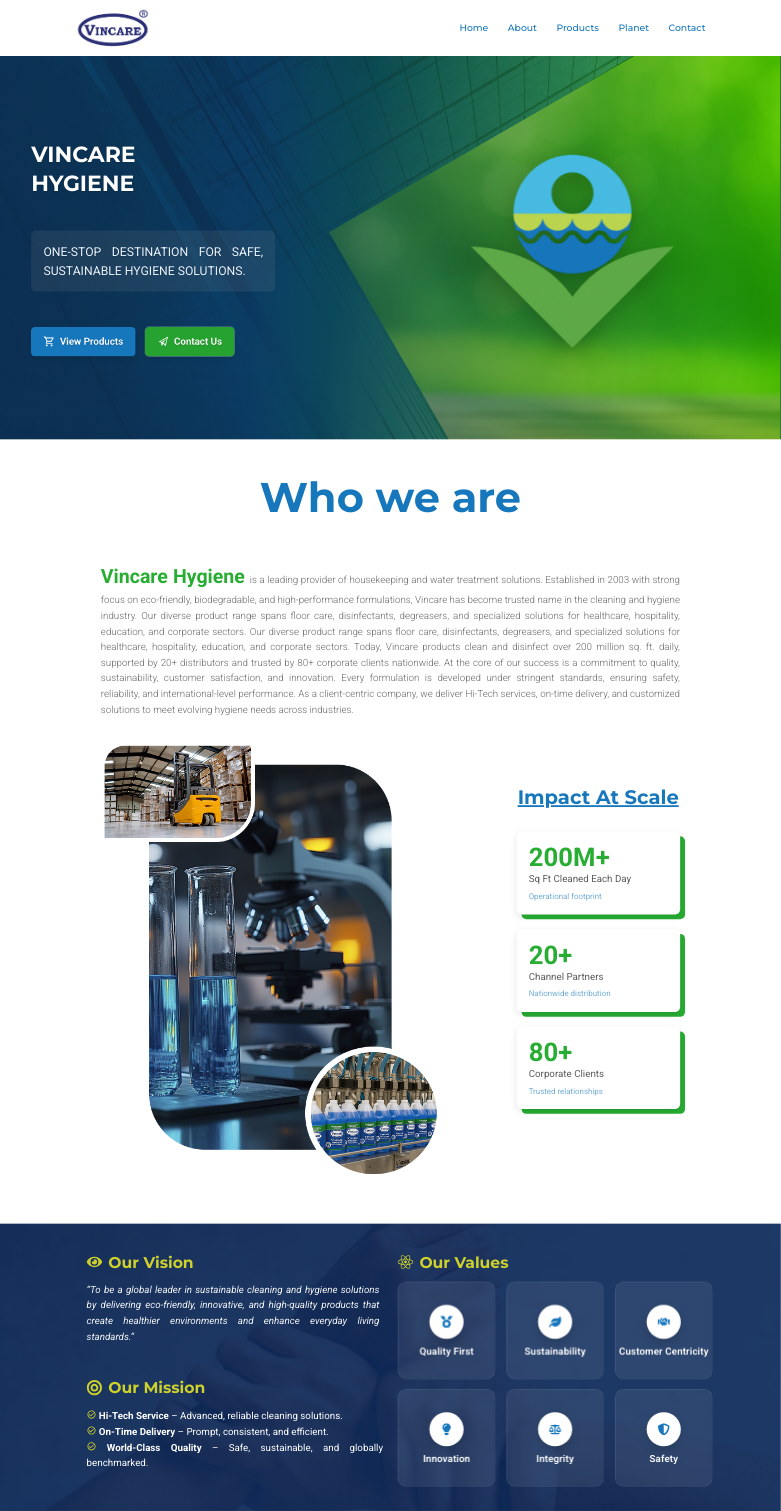
Repository: Yeshwanth-189/vincare
Page: / (app in vincare-frontend/)
These files come from the project's save history. The page is drawn as it stood at one moment and after the next save; the edit follows.
The browser window is 1280 px wide. The pictures show the whole page, at 61% of full size.
The project was rebuilt for these pictures with package versions that can differ from the ones it lists, and the page was loaded fresh each time. Also part of the build but not shown: vincare-frontend/vite.config.js.

Above is the page before, as saved 2025-09-20 19:04:33.

### vincare-frontend/index.html
<!DOCTYPE html>
<html lang="en">
  <head>
    <meta charset="UTF-8" />
    <link rel="preconnect" href="https://fonts.googleapis.com" />
    <link rel="preconnect" href="https://fonts.gstatic.com" crossorigin />
    <link rel="icon" type="image/svg+xml" href="/Vincare-Logo.png" />
    <link
      href="https://fonts.googleapis.com/css2?family=Lato:ital,wght@0,100;0,300;0,400;0,700;0,900;1,100;1,300;1,400;1,700;1,900&family=Montserrat:ital,wght@0,100..900;1,100..900&family=Roboto:ital,wght@0,100..900;1,100..900&display=swap"
      rel="stylesheet"
    />
    <meta name="viewport" content="width=device-width, initial-scale=1.0" />
    <title>Vincare Hygiene</title>
  </head>
  <body>
    <div id="root"></div>
    <script type="module" src="/src/main.jsx"></script>
  </body>
</html>

### vincare-frontend/src/App.jsx
import "./App.css";
import Vincare from "./components/Vincare";
import { BrowserRouter as Router, Routes, Route } from "react-router-dom";

function App() {
  return (
    <>
      <Router>
        <Routes>
          <Route path="/" element={<Vincare />} />
        </Routes>
      </Router>
    </>
  );
}

export default App;

### vincare-frontend/src/App.css
:root {
  /* Brand Colors */
  --color-primary: #1777bc; /* Dark Navy Blue */
  --color-secondary: rgb(39, 173, 50); /* Professional Light Blue */

  /* Backgrounds */
  --color-bg: #ffffff;
  --color-bg-light: #f5f5f5;

  /* Neutral Grays */
  --color-gray-dark: #333333;
  --color-gray-mid: #666666;
  --color-gray-light: #f5f5f5;

  /* Status Colors */
  --color-success: #2e7d32;
  --color-warning: #ed6c02;
  --color-error: #d32f2f;

  /* Typography */
  --font-heading: "Montserrat", serif;
  --font-body: "Roboto", sans-serif;

  /* Font Sizes (scalable for responsive design) */
  --text-h1: 2.5rem;
  --text-h2: 2rem;
  --text-h3: 1.5rem;
  --text-body: 1rem;
  --text-small: 0.875rem;

  /* Spacing (consistent padding/margin system) */
  --space-xs: 4px;
  --space-sm: 8px;
  --space-md: 16px;
  --space-lg: 24px;
  --space-xl: 32px;

  /* Border Radius */
  --radius-sm: 4px;
  --radius-md: 8px;
  --radius-lg: 16px;

  /* Shadows */
  --shadow-sm: 0 1px 2px rgba(0, 0, 0, 0.05);
  --shadow-md: 0 4px 6px rgba(0, 0, 0, 0.1);
  --shadow-lg: 0 10px 15px rgba(0, 0, 0, 0.15);
}

html,
body {
  margin: 0;
  padding: 0;
}
* {
  box-sizing: border-box;
}
/* Base Typography */
body {
  font-family: var(--font-body);
  font-size: var(--text-body);
  color: var(--color-gray-dark);
  background-color: var(--color-bg);
  margin: 0;
  padding: 0;
}

h1,
h2,
h3,
h4,
h5,
h6 {
  font-family: var(--font-heading);
  color: var(--color-primary);
  margin: 0 0 var(--space-md);
}

p {
  margin: 0 0 var(--space-md);
  color: var(--color-gray-mid);
}

### vincare-frontend/src/components/Vincare.jsx
import React from "react";
import NavBar from "../components/Navbar";
import Hero from "../components/Hero";
import About from "../components/About";
// import Services from "../components/Services";
// import Projects from "../components/Projects";
// import Courses from "../components/Courses";
// import Blogs from "../components/Blogs";
// import Contact from "../components/Contact";
// import Footer from "../components/Footer";

function Vincare() {
  return (
    <>
      <NavBar />
      <section id="home">
        <Hero />
      </section>
      <section id="about">
        <About />
      </section>
      {/* <section id="services">
        <Services />
      </section>
      <section id="courses">
        <Courses />
      </section>
      <section id="projects">
        <Projects />
      </section>
      <section id="blogs">
        <Blogs />
      </section>
      <section id="contact">
        <Contact />
      </section>
      <Footer /> */}
    </>
  );
}

export default Vincare;

### vincare-frontend/src/components/Navbar.jsx
import React, { useState } from "react";
import { Link as ScrollLink } from "react-scroll";
import "../styles/Navbar.css";
import VincareLogo from "../assets/Vincare-Logo.png";
import VincareWordLogo from "../assets/Vincare-Word-Logo.png";

function Navbar() {
  const [isOpen, setIsOpen] = useState(false);

  return (
    <nav className="navbar">
      <div className="navbar-grid">
        <div className="col-1" />

        <div className="col-2to11 navbar-content">
          <div className="navbar-logo">
            <img
              alt="logo"
              className="navbar-word-logo-image"
              src={VincareWordLogo}
            />
            <div className="hamburger" onClick={() => setIsOpen(!isOpen)}>
              <span className={isOpen ? "bar rotate-top" : "bar"}></span>
              <span className={isOpen ? "bar fade" : "bar"}></span>
              <span className={isOpen ? "bar rotate-bottom" : "bar"}></span>
            </div>
          </div>

          {/* Smooth Scrolling Links */}
          <div className={`navbar-links ${isOpen ? "open" : ""}`}>
            <ScrollLink
              to="home"
              smooth={true}
              duration={700}
              onClick={() => setIsOpen(false)}
            >
              Home
            </ScrollLink>
            <ScrollLink
              to="about"
              smooth={true}
              duration={700}
              onClick={() => setIsOpen(false)}
            >
              About
            </ScrollLink>
            <ScrollLink
              to="services"
              smooth={true}
              duration={700}
              onClick={() => setIsOpen(false)}
            >
              Products
            </ScrollLink>
            <ScrollLink
              to="courses"
              smooth={true}
              duration={700}
              onClick={() => setIsOpen(false)}
            >
              Planet
            </ScrollLink>
            <ScrollLink
              to="contact"
              smooth={true}
              duration={700}
              onClick={() => setIsOpen(false)}
            >
              Contact
            </ScrollLink>
          </div>
        </div>

        <div className="col-12" />
      </div>
    </nav>
  );
}

export default Navbar;

### vincare-frontend/src/components/Hero.jsx
import React from "react";
// eslint-disable-next-line no-unused-vars
import { motion } from "framer-motion";
import "../styles/hero.css";
import HeroBg from "../assets/hero-of-bg.png";
import SideImage from "../assets/Vincare-Logo.png";
import { IoMdPaperPlane } from "react-icons/io";
import { MdOutlineShoppingCart } from "react-icons/md";

/**
 * Props:
 * - title       (string)
 * - subtitle    (string)
 * - text        (string)
 * - primaryCta  ({ label: string, onClick?: fn, href?: string })
 * - secondaryCta({ label: string, onClick?: fn, href?: string })
 * - bgImage     (string) // URL for hero background image
 */
export default function Hero({
  title = "VINCARE",
  subtitle = "HYGIENE",
  text = "ONE-STOP DESTINATION FOR SAFE, SUSTAINABLE HYGIENE SOLUTIONS.",
  primaryCta = { label: "View Products", href: "#" },
  secondaryCta = { label: "Contact Us", href: "#" },
  bgImage = HeroBg,
  sideImage = SideImage,
}) {
  // animation variants
  const container = {
    hidden: { opacity: 0 },
    show: {
      opacity: 1,
      transition: { staggerChildren: 0.12, delayChildren: 0.15 },
    },
  };

  const riseUp = {
    hidden: { opacity: 0, y: 24 },
    show: {
      opacity: 1,
      y: 0,
      transition: { type: "spring", stiffness: 90, damping: 14 },
    },
  };

  const slideIn = {
    hidden: { opacity: 0, x: -24 },
    show: {
      opacity: 1,
      x: 0,
      transition: { type: "spring", stiffness: 90, damping: 16 },
    },
  };

  const fadeIn = {
    hidden: { opacity: 0 },
    show: { opacity: 1, transition: { duration: 0.35 } },
  };

  return (
    <section
      className="hero"
      style={{ ["--hero-bg-image"]: `url(${bgImage})` }}
      aria-label="Intro"
    >
      <div className="hero__inner">
        {/* Column 1 & 12 are gutters by layout rules in CSS */}
        <motion.div
          className="hero__content"
          variants={container}
          initial="hidden"
          animate="show"
        >
          <motion.h1 className="hero__title" variants={riseUp}>
            {title}
          </motion.h1>

          <motion.h1 className="hero__title" variants={fadeIn}>
            {subtitle}
          </motion.h1>

          <motion.p className="hero__text" variants={slideIn}>
            {text}
          </motion.p>

          <motion.div className="hero__actions" variants={fadeIn}>
            {primaryCta?.href ? (
              <a className="btn btn--primary" href={primaryCta.href}>
                <MdOutlineShoppingCart className="btn__icon" />
                {primaryCta.label}
              </a>
            ) : (
              <button
                className="btn btn--primary"
                onClick={primaryCta?.onClick}
              >
                <MdOutlineShoppingCart className="btn__icon" />
                {primaryCta.label}
              </button>
            )}

            {secondaryCta?.href ? (
              <a className="btn btn--ghost" href={secondaryCta.href}>
                <IoMdPaperPlane className="btn__icon" />
                {secondaryCta.label}
              </a>
            ) : (
              <button
                className="btn btn--ghost"
                onClick={secondaryCta?.onClick}
              >
                <IoMdPaperPlane className="btn__icon" />
                {secondaryCta.label}
              </button>
            )}
          </motion.div>
        </motion.div>
        <motion.div className="hero__visual">
          <motion.img
            src={sideImage}
            alt="Illustration"
            className="hero__visual-img"
            initial={{ rotateY: 0 }}
            animate={{ rotateY: 1080 }}
            transition={{ duration: 1.2, ease: "easeOut" }}
          />
        </motion.div>
      </div>
    </section>
  );
}

### vincare-frontend/src/styles/Navbar.css
.navbar {
  position: fixed;
  width: 100%;
  background-color: var(--color-bg);
  z-index: 999;
  padding: 1% 0 1%;
}

.navbar-grid {
  display: grid;
  grid-template-columns: repeat(12, 1fr);
  align-items: center;
  max-width: 1400px;
  margin: 0 auto;
  padding: 0 20px;
}

.col-1 {
  grid-column: 1 / 2;
}

.col-2to11 {
  grid-column: 2 / 12;
  display: flex;
  justify-content: space-between;
  align-items: center;
}

.col-12 {
  display: none;
}

/* Left: Logo */
.navbar-logo {
  font-family: "Montserrat", serif;
  font-size: 1.3rem;
  color: var(--color-primary);
  display: flex;
  justify-content: flex-start;
  align-items: flex-start;
  width: 100%;
}

.navbar-logo-image {
  width: 8%;
}
.navbar-word-logo-image {
  width: 20%;
}
.primary {
  color: #0a2540;
}

.secondary {
  color: #51ba31;
}

/* Right: Links */
.navbar-links {
  display: flex;
  gap: 32px;
  font-family: "Montserrat", serif;
  font-size: 0.95rem;
}

.navbar-links a {
  color: var(--color-primary);
  text-decoration: none;
  transition: color 0.3s ease;
  position: relative;
}

.navbar-links a:hover {
  color: var(--color-secondary);
  cursor: pointer;
}

.navbar-links a::after {
  content: "";
  display: block;
  height: 2px;
  width: 0;
  background-color: var(--color-secondary);
  transition: width 0.3s ease;
  position: absolute;
  bottom: -4px;
  left: 0;
}

.navbar-links a:hover::after {
  width: 100%;
}
.hamburger {
  display: none;
  flex-direction: column;
  justify-content: center;
  align-items: flex-end;
  gap: 5px;
  margin-left: auto;
  cursor: pointer;
  z-index: 1000;
}

.bar {
  width: 22px;
  height: 3px;
  background-color: #0a2540;
  transition: all 0.3s ease;
}

.rotate-top {
  transform: rotate(45deg) translateY(8px);
}

.fade {
  opacity: 0;
}

.rotate-bottom {
  transform: rotate(-45deg) translateY(-8px);
}

/* Responsive */
@media screen and (max-width: 768px) {
  .navbar-grid {
    grid-template-columns: 1fr;
  }

  .col-2to11 {
    flex-direction: column;
    gap: 14px;
    grid-column: span 12;
  }

  .navbar-logo {
    font-size: 1.1rem;
  }

  .navbar-logo-image {
    width: 10%;
    padding-top: 3%;
  }

  .navbar-word-logo-image {
    width: 20%;
    padding-top: 3%;
    padding-bottom: 3%;
  }

  .navbar-links {
    flex-direction: column;
    gap: 12px;
  }
  @media screen and (max-width: 768px) {
    .hamburger {
      margin-top: 5%;
      display: flex;
    }
    .navbar {
      top: 0;
      border-bottom: 1px solid #0a2540;
    }

    .navbar-links {
      display: none;
      flex-direction: column;
      gap: 16px;
      margin-top: 1rem;
      width: 100%;
    }

    .navbar-links.open {
      display: flex;
      animation: fadeIn 0.3s ease-in-out;
    }
  }

  @keyframes fadeIn {
    from {
      opacity: 0;
      transform: translateY(-10px);
    }
    to {
      opacity: 1;
      transform: translateY(0);
    }
  }
}

### vincare-frontend/src/styles/Hero.css
.hero {
  /* Full width + viewport height hero */
  position: relative;
  width: 100%;
  min-height: clamp(720px, 70vh, 860px);
  display: grid;
  align-items: center;
  padding-top: 10%;

  /* Layered background: gradient + full-cover image */
  --gradient: linear-gradient(
    90deg,
    #134e89a5 32%,
    rgba(30, 255, 0, 0.449) 99%
  );
  --bg-image: var(--hero-bg-image, url(""));

  background-image: var(--gradient), var(--bg-image);
  background-size: cover, cover;
  background-position: center, center;
  background-repeat: no-repeat, no-repeat;
  /* A subtle dark overlay for legibility (tweak if needed) */
  box-shadow: inset 0 0 0 100vmax rgba(0, 0, 0, 0.12);
  overflow: hidden;
}

/* 12-column grid container inside the hero */
.hero__inner {
  width: min(1200px, 92vw);
  margin-inline: auto;
  display: grid;
  grid-template-columns: repeat(12, minmax(0, 1fr));
  column-gap: 16px;
  row-gap: 16px;
  padding: clamp(24px, 4vw, 48px) 0;
}

/* Content from columns 2–7 (1 and 12 are gutters) */
.hero__content {
  grid-column: 1 / 7; /* spans columns 2..7 inclusive */
  color: #fff; /* ensure readability over image/gradient */
  text-shadow: 0 1px 2px rgba(0, 0, 0, 0.2);
}

.hero__visual {
  grid-column: 8 / 12; /* spans 8,9,10,11 */
  display: grid;
  align-items: center;
  justify-items: center;
  padding: 8px;
}

.hero__visual-img {
  width: 100%;
  height: auto;
  object-fit: contain; /* no cropping */
  filter: drop-shadow(0 10px 20px rgba(0, 0, 0, 0.25));
  user-select: none;
  pointer-events: none;
}

.hero__title {
  font-family: var(--font-heading);
  font-size: clamp(2rem, 3.5vw + 0.5rem, 2.25rem);
  line-height: 1.1;
  margin: 0 0 var(--space-sm);
  color: #fff; /* override heading default color for contrast */
}

.hero__text {
  display: block; /* Make it a block element */
  max-width: 400px; /* Control width so it forms a block */
  margin: 10% 0% 10% 0%; /* Center horizontally with auto */
  padding: 20px; /* Add spacing inside */
  font-family: "Roboto", sans-serif; /* Use a clean, readable font */
  font-size: clamp(1rem, 2.5vw + 0.5rem, 1.25rem);
  background: rgba(
    154,
    154,
    154,
    0.126
  ); /* Optional background to see the block */
  color: #eaf4ff;
  text-align: justify; /* Justify text */
  border-radius: 8px; /* Optional rounded edges */
}
/* Actions (two buttons) */
.hero__actions {
  display: flex;
  gap: var(--space-md);
  flex-wrap: wrap;
}

.btn {
  appearance: none;
  border: 0;
  cursor: pointer;
  font: inherit;
  padding: 12px 18px;
  border-radius: 5px;
  box-shadow: var(--shadow-md);
  transition: transform 180ms ease, box-shadow 180ms ease, opacity 180ms ease;
  text-decoration: none;
  justify-content: center;
  will-change: transform;
  display: inline-flex; /* Align icon + text */
  align-items: center;
  gap: 8px; /* space between icon and text */
  padding: 0.75rem 1.25rem;
  border-radius: 6px;
  font-weight: 600;
  cursor: pointer;
  text-decoration: none;
}

.btn__icon {
  font-size: 1.2em; /* Adjust size */
}

.btn:hover {
  transform: translateY(-1px);
  box-shadow: var(--shadow-lg);
  border: 1px solid rgb(255, 255, 255);
  color: #fff;
}

.btn:active {
  transform: translateY(0);
  box-shadow: var(--shadow-sm);
}

.btn--primary {
  background: var(--color-primary);
  color: #fff;
}

.btn--ghost {
  background: rgb(38, 162, 48);
  color: #fff;
  outline: 1px solid rgba(255, 255, 255, 0.25);
}

/* ------- Responsive ------- */
@media (max-width: 900px) {
  .hero__content {
    grid-column: 2 / 12; /* let content breathe on medium screens */
  }
}

@media (max-width: 640px) {
  .hero__inner {
    width: 92vw;
    grid-template-columns: repeat(12, minmax(0, 1fr));
    row-gap: 12px;
    padding-top: 10%;
  }

  .hero__text {
    font-size: clamp(1.2rem, 1.7vw + 0.5rem, 2rem);
  }

  .hero__content {
    grid-column: 2 / 12; /* gutters stay, content fills */
  }

  .hero {
    min-height: 70vh;
  }

  .hero__actions .btn {
    width: 100%;
    justify-content: center;
  }
}

Loaded but not shown: vincare-frontend/src/main.jsx (common file); vincare-frontend/src/index.css (common file); vincare-frontend/src/components/About.jsx (277 lines, source omitted); vincare-frontend/src/styles/About.css (396 lines, source omitted)

After the next save:
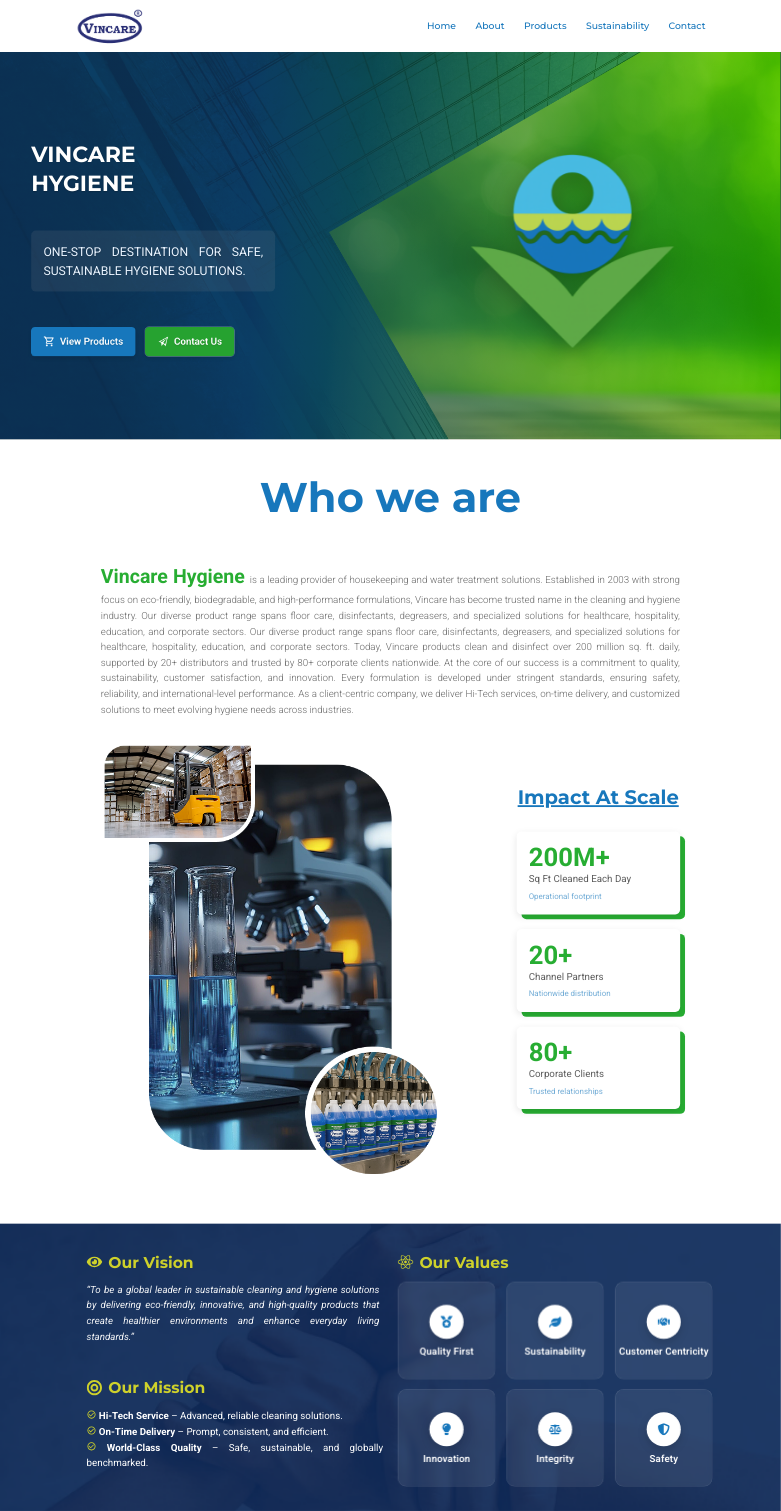
Saved 3 min 54 s later.
--- a/vincare-frontend/src/components/Navbar.jsx
+++ b/vincare-frontend/src/components/Navbar.jsx
@@ -58,7 +58,7 @@
               duration={700}
               onClick={() => setIsOpen(false)}
             >
-              Planet
+              Sustainability
             </ScrollLink>
             <ScrollLink
               to="contact"
